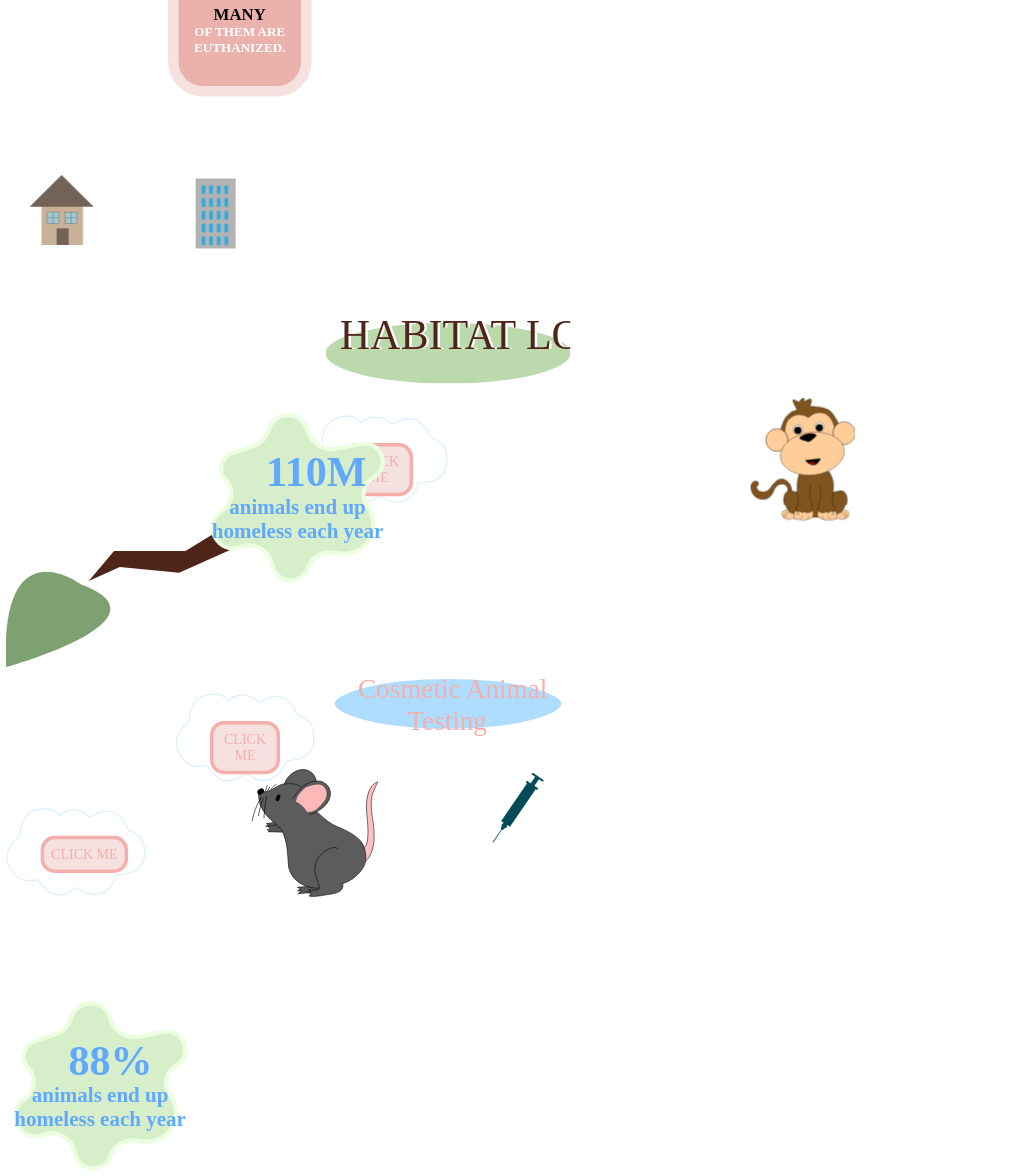
Repository: SoleilDagneau/MDIA2109Midterm
Page: index.html
An editor plug-in stored every save of this project. The page is shown before and after the next save, followed by the edit.
The browser window is 1280 px wide. The page is 1472 px wide, so the pictures cover 1472 px, including what lies to the right of the window. The pictures show the part of the page from y = 810 to 2490 px (the page is 3590 px tall before and 3649 px after), at 70% of full size.
Some web fonts or font styles are not loaded; a fallback is used.

Above is the page before, as saved 2022-03-03 19:50:59.
Console error: TypeError: Cannot set properties of null (setting 'innerText')

After the next save:
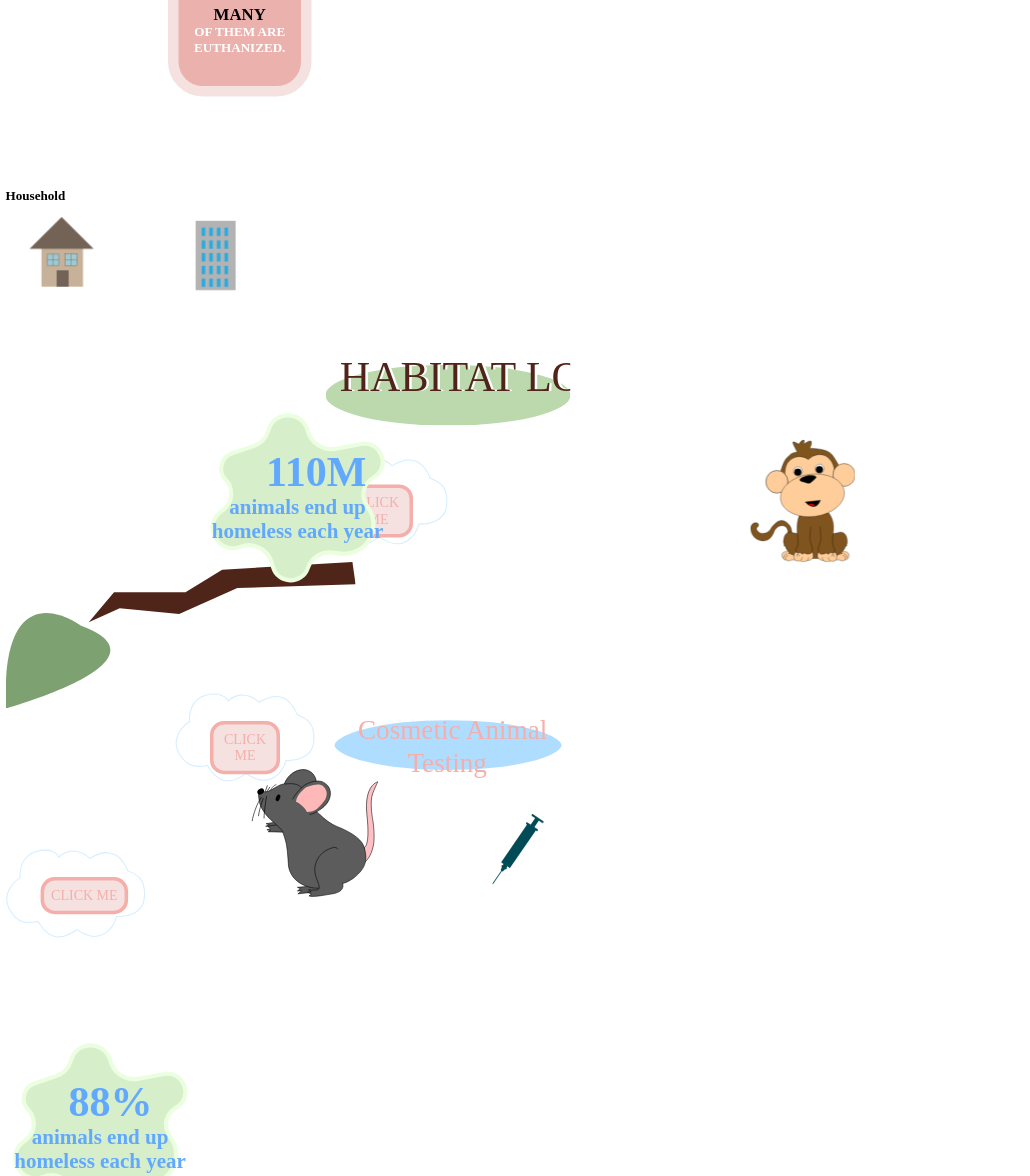
Saved 48 s later.
--- a/index.html
+++ b/index.html
@@ -45,6 +45,7 @@
         <the-squarecard class="htext" the_manytext="MANY" the_htext="OF THEM ARE EUTHANIZED."></the-squarecard>
 
         <div class="buildcont">
+            <h3 class="housetext">Household</h3>
             <img class="house" src="imgs/house.svg">
             <img class="tower" src="imgs/building.svg">
         </div>
